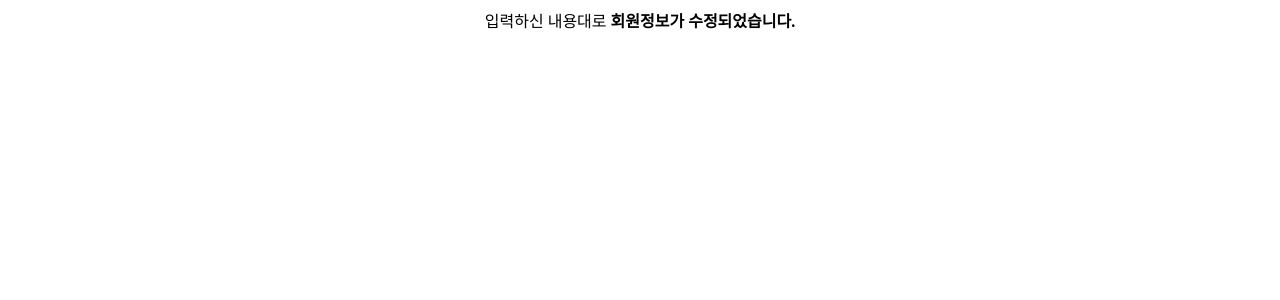
Repository: noopzzya/study_jsp_globalin
Page: http://localhost/ServletProject/memberone/modifyProc.jsp
The author's editor kept a copy of each file at every save. The page is drawn from the files as they stood at one save, then again after the next save.
The browser window is 1280 px wide. The pictures show the whole page.
The page is served by Tomcat 9. Other server files are loaded and not shown.

Above is the page before, as saved 2023-02-07 03:01:57.

### ServletProject/src/main/webapp/memberone/modifyProc.jsp
<%@ page language="java" contentType="text/html; charset=UTF-8"
    pageEncoding="UTF-8"%>
<%@ page import="com.memberone.*" %>
<% request.setCharacterEncoding("utf-8"); %>
<jsp:useBean id="dao" class="com.memberone.StudentDAO" />
<jsp:useBean id="vo" class="com.memberone.StudentVO" >
<jsp:setProperty property="*" name="vo"/>
</jsp:useBean>

<%
	String loginID = (String)session.getAttribute("loginID");
	vo.setId(loginID);
	dao.updateMember(vo);
%>

<!DOCTYPE html>
<html>
<head>
<meta charset="UTF-8" http-equiv="Refresh" content="3;url=login.jsp">
<title>Update Process</title>
</head>
<body>
<div align="center">
<font>
입력하신 내용대로 <b>회원정보가 수정되었습니다.</b>
</font>
</div>
</body>
</html>

### ServletProject/src/main/java/com/memberone/StudentDAO.java
package com.memberone;

import java.sql.*;
import java.util.Vector;
import javax.sql.*;
import javax.naming.*;

public class StudentDAO {

	private Connection getConnection() {

		Connection conn = null;

		try {
			Context initContext = new InitialContext();
			Context envContext  = (Context)initContext.lookup("java:/comp/env");
			DataSource ds = (DataSource)envContext.lookup("jdbc/myoracle");
			conn = ds.getConnection();

		} catch (Exception e) {
			System.out.println("Connection 생성 실패!");
		}

		return conn;
	}

	// idCheck
	public boolean idCheck(String id) {
		boolean result = true;

		Connection conn = null;
		PreparedStatement pstmt = null;
		ResultSet rs = null;

		try {

			conn = getConnection();

			String sql = "select * from student where id=?";
			pstmt = conn.prepareStatement(sql);
			pstmt.setString(1, id);
			rs = pstmt.executeQuery();
			if(!rs.next()) result = false;

		} catch(SQLException ss) {
			ss.printStackTrace();
		} finally {
			if(rs != null)
				try{
					rs.close();
				}catch(SQLException ex){}

			if(pstmt != null)
				try{
					pstmt.close();
				}catch(SQLException ex){}

			if(conn != null)
				try{
					conn.close();
				}catch(SQLException ex){}
		}

		return result;
	} // end idCheck

	// zipcodeRead (동으로 검색)
	public Vector<ZipCodeVO> zipcodeRead(String dong){

		Connection conn = null;
		PreparedStatement pstmt = null;
		ResultSet rs = null;

		Vector<ZipCodeVO> vecList = new Vector<ZipCodeVO>();

		try {

			conn = getConnection();

			String sql = "select * from zipcode where dong like '" +dong+ "%'" ;
			pstmt = conn.prepareStatement(sql);
			rs = pstmt.executeQuery();

			while(rs.next()) {
				ZipCodeVO tempZipcode = new ZipCodeVO();
				tempZipcode.setZipcode(rs.getString("zipcode"));
				tempZipcode.setSido(rs.getString("sido"));
				tempZipcode.setGugun(rs.getString("gugun"));
				tempZipcode.setDong(rs.getString("dong"));
				tempZipcode.setRi(rs.getString("ri"));
				tempZipcode.setBunji(rs.getString("bunji"));
				vecList.addElement(tempZipcode);
			}

		} catch(SQLException ss) {
			ss.printStackTrace();
		} finally {
			if(rs != null)
				try{
					rs.close();
				}catch(SQLException ex){}

			if(pstmt != null)
				try{
					pstmt.close();
				}catch(SQLException ex){}

			if(conn != null)
				try{
					conn.close();
				}catch(SQLException ex){}
		}

		return vecList;
	} // end zipcodeRead

	//실제 데이터베이스 회원 데이터를 저장하기 위하여 메소드를 추가한다.
	public boolean memberInsert(StudentVO vo) {

		Connection conn = null;
		PreparedStatement pstmt = null;
		ResultSet rs = null;

		boolean flag = false;

		try {

			conn = getConnection();

			String sql = "insert into student values(?,?,?,?,?,?,?,?,?,?)";
			pstmt = conn.prepareStatement(sql);
			pstmt.setString(1, vo.getId());
			pstmt.setString(2, vo.getPass());
			pstmt.setString(3, vo.getName());
			pstmt.setString(4, vo.getPhone1());
			pstmt.setString(5, vo.getPhone2());
			pstmt.setString(6, vo.getPhone3());
			pstmt.setString(7, vo.getEmail());
			pstmt.setString(8, vo.getZipcode());
			pstmt.setString(9, vo.getAddress1());
			pstmt.setString(10, vo.getAddress2());

			int count = pstmt.executeUpdate();
			if(count > 0) flag = true;

		} catch(SQLException ss) {
			ss.printStackTrace();
		} finally {
			if(rs != null)
				try{
					rs.close();
				}catch(SQLException ex){}

			if(pstmt != null)
				try{
					pstmt.close();
				}catch(SQLException ex){}

			if(conn != null)
				try{
					conn.close();
				}catch(SQLException ex){}
		}

		return flag;
	} // end 메소드


	/*
	 * 데이터베이스에서 아이디와 비밀번호를 비교화여 그 결과를 정수형으로 리턴해주는 메소드
	 * 1:로그인 성공, 0:비밀번호 오류, -1:아이디없음
	 */
	public int loginCheck(String id, String pass) {

		Connection conn = null;
		PreparedStatement pstmt = null;
		ResultSet rs = null;

		int check = -1;

		try {

			conn = getConnection(); // db연결

			// id로 pass 조회
			String sql = "select pass from student where id=?"; // ? : 바인딩변수

			pstmt = conn.prepareStatement(sql);
			pstmt.setString(1, id);
			rs = pstmt.executeQuery();

			if(rs.next()) { // dbPass와 입력한 비밀번호 일치확인
				String dbPass = rs.getString("pass"); // pass : 컬럼명
				if(pass.equals(dbPass)) check = 1; // 비밀번호 일치
				else check = 0; // 비밀번호 오류
			}


		} catch(Exception ss) {
			ss.printStackTrace();
		} finally {
			if(rs != null)
				try{
					rs.close();
				}catch(SQLException ex){}

			if(pstmt != null)
				try{
					pstmt.close();
				}catch(SQLException ex){}

			if(conn != null)
				try{
					conn.close();
				}catch(SQLException ex){}
		}

		return check;
	} // end loginCheck


	/* 정보수정 버튼을 클릭하면 현재 로그인한 회원을 정보를 수정 할 수 있도록 화면에 보여주어야 한다.
	 *
	 * 세션에 저장된 아이디를 가지고 회원정보를 얻어오는 메소드를 이용하여 가져옴
	 */
	public StudentVO getMember(String id) {

		Connection conn = null;
		PreparedStatement pstmt = null;
		ResultSet rs = null;

		StudentVO vo = null;

		try {

			conn = getConnection();

			String sql = "select * from student where id=?";
			pstmt = conn.prepareStatement(sql);
			pstmt.setString(1, id);
			rs = pstmt.executeQuery();
			if(rs.next()) { // 해당 아이디에 대한 회원이 존재한다면
				vo = new StudentVO();
				vo.setId(rs.getString("id"));
				vo.setPass(rs.getString("pass"));
				vo.setName(rs.getString("name"));
				vo.setPhone1(rs.getString("phone1"));
				vo.setPhone2(rs.getString("phone2"));
				vo.setEmail(rs.getString("email"));
				vo.setZipcode(rs.getString("zipcode"));
				vo.setAddress1(rs.getString("address1"));
				vo.setAddress2(rs.getString("address2"));
			}

		} catch(Exception ss) {
			ss.printStackTrace();
		} finally {
			if(rs != null)
				try{
					rs.close();
				}catch(SQLException ex){}

			if(pstmt != null)
				try{
					pstmt.close();
				}catch(SQLException ex){}

			if(conn != null)
				try{
					conn.close();
				}catch(SQLException ex){}
		}

		return vo;
	} // end getMember


	/*
	 * 정보수정 버튼을 클릭했을 경우 데이터베이스에서 수정처리를 해야한다
	 * 정보수정 처리를 해 줄 메소드를 구현
	 */
	public void updateMember(StudentVO vo) {

		Connection conn = null;
		PreparedStatement pstmt = null;

		try {

			conn = getConnection();

			String sql = "update student set pass=?, phone1=?, phone2=?, phone3=?, email=?, zipcode=?, address1=?, address2=? where id=?";

			pstmt = conn.prepareStatement(sql); // 쿼리 실행

			pstmt.setString(1, vo.getPass());
			pstmt.setString(2, vo.getPhone1());
			pstmt.setString(3, vo.getPhone2());
			pstmt.setString(4, vo.getPhone3());
			pstmt.setString(5, vo.getEmail());
			pstmt.setString(6, vo.getZipcode());
			pstmt.setString(7, vo.getAddress1());
			pstmt.setString(8, vo.getAddress2());
			pstmt.setString(9, vo.getId());

			pstmt.executeUpdate();

		} catch(Exception ss) {
			ss.printStackTrace();
		} finally {
			if(pstmt != null)
				try{
					pstmt.close();
				}catch(SQLException ex){}

			if(conn != null)
				try{
					conn.close();
				}catch(SQLException ex){}
		}
	} // end updateMember


	/*
	 * 회원탈퇴 버튼을 클릭했을 경우 실제 데이터베이스에서 회원데이터가 삭제되야함
	 * 데이터베이스에서 회원을 삭제처리 할 메소드를 구현
	 */
	public int delectMember(String id, String pass) {

		Connection conn = null;
		PreparedStatement pstmt = null;
		ResultSet rs = null;

		String dbPass = ""; // 데이터베이스에서 저장되어 있는 비밀번호
		int result = -1; // 아이디 없을 경우

		try {

			conn = getConnection();

			String sql = "select pass from student where id=?";
			pstmt = conn.prepareStatement(sql);
			pstmt.setString(1, id); // 바인딩변수 처리
			rs = pstmt.executeQuery();

			if(rs.next()) {
				dbPass = rs.getString("pass");
				if(dbPass.equals(pass)) { // 본인맞음
					sql = "delete from student where id=?";
					pstmt = conn.prepareStatement(sql);
					pstmt.setString(1, id);
					pstmt.executeUpdate();
					result = 1; // 회원탈퇴 성공
				}else { // 본인확인 실패
					result = 0; // 비밀번호 오류
				}
			}

		} catch(Exception ss) {
			ss.printStackTrace();
		} finally {
			if(rs != null)
				try{
					rs.close();
				}catch(SQLException ex){}

			if(pstmt != null)
				try{
					pstmt.close();
				}catch(SQLException ex){}

			if(conn != null)
				try{
					conn.close();
				}catch(SQLException ex){}
		}

		return result;
	} // end delectMember

}

### ServletProject/src/main/java/com/memberone/StudentVO.java
package com.memberone;

public class StudentVO {
	private String id;
	private String pass;
	private String name;
	private String phone1;
	private String phone2;
	private String phone3;
	private String email;
	private String zipcode;
	private String address1;
	private String address2;

	public String getId() {
		return id;
	}
	public void setId(String id) {
		this.id = id;
	}
	public String getPass() {
		return pass;
	}
	public void setPass(String pass) {
		this.pass = pass;
	}
	public String getName() {
		return name;
	}
	public void setName(String name) {
		this.name = name;
	}
	public String getPhone1() {
		return phone1;
	}
	public void setPhone1(String phone1) {
		this.phone1 = phone1;
	}
	public String getPhone2() {
		return phone2;
	}
	public void setPhone2(String phone2) {
		this.phone2 = phone2;
	}
	public String getPhone3() {
		return phone3;
	}
	public void setPhone3(String phone3) {
		this.phone3 = phone3;
	}
	public String getEmail() {
		return email;
	}
	public void setEmail(String email) {
		this.email = email;
	}
	public String getZipcode() {
		return zipcode;
	}
	public void setZipcode(String zipcode) {
		this.zipcode = zipcode;
	}
	public String getAddress1() {
		return address1;
	}
	public void setAddress1(String address1) {
		this.address1 = address1;
	}
	public String getAddress2() {
		return address2;
	}
	public void setAddress2(String address2) {
		this.address2 = address2;
	}



}

After the next save:
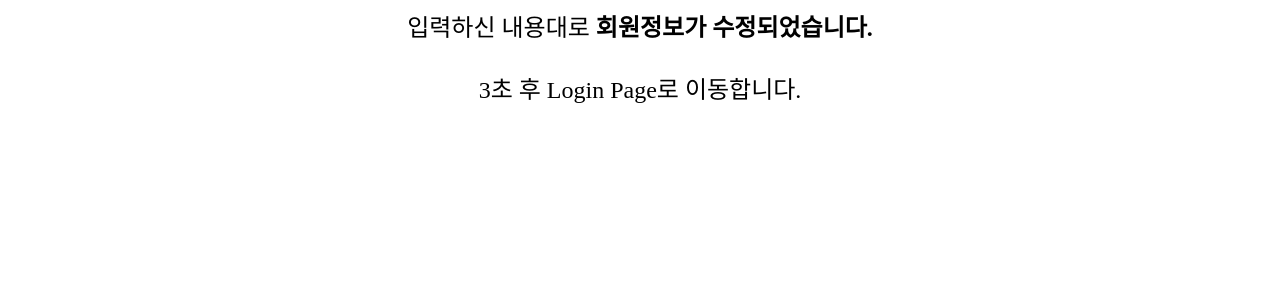
Saved 74 s later.
--- a/ServletProject/src/main/webapp/memberone/modifyProc.jsp
+++ b/ServletProject/src/main/webapp/memberone/modifyProc.jsp
@@ -21,8 +21,9 @@
 </head>
 <body>
 <div align="center">
-<font>
-입력하신 내용대로 <b>회원정보가 수정되었습니다.</b>
+<font size="5" face="궁서체">
+입력하신 내용대로 <b>회원정보가 수정되었습니다.</b><br><br>
+3초 후 Login Page로 이동합니다.
 </font>
 </div>
 </body>
